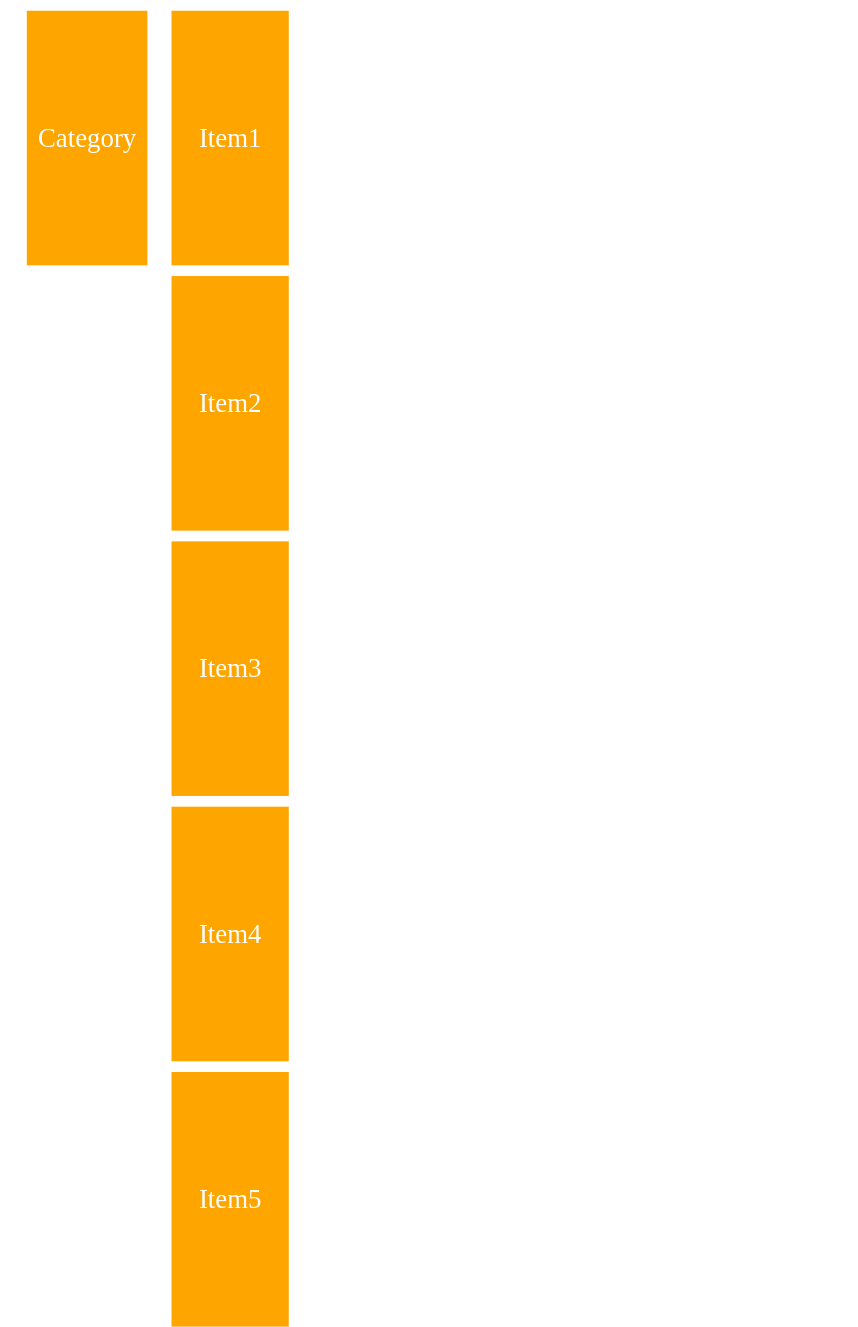
Repository: Huy48552/Grid-base
Page: layout2.html
These files come from the project's save history. The page is drawn as it stood at one moment and after the next save; the edit follows.
The browser window is 1280 px wide. The pictures show the whole page, at 67% of full size.

Above is the page before, as saved 2021-08-23 15:13:56.

After the next save:
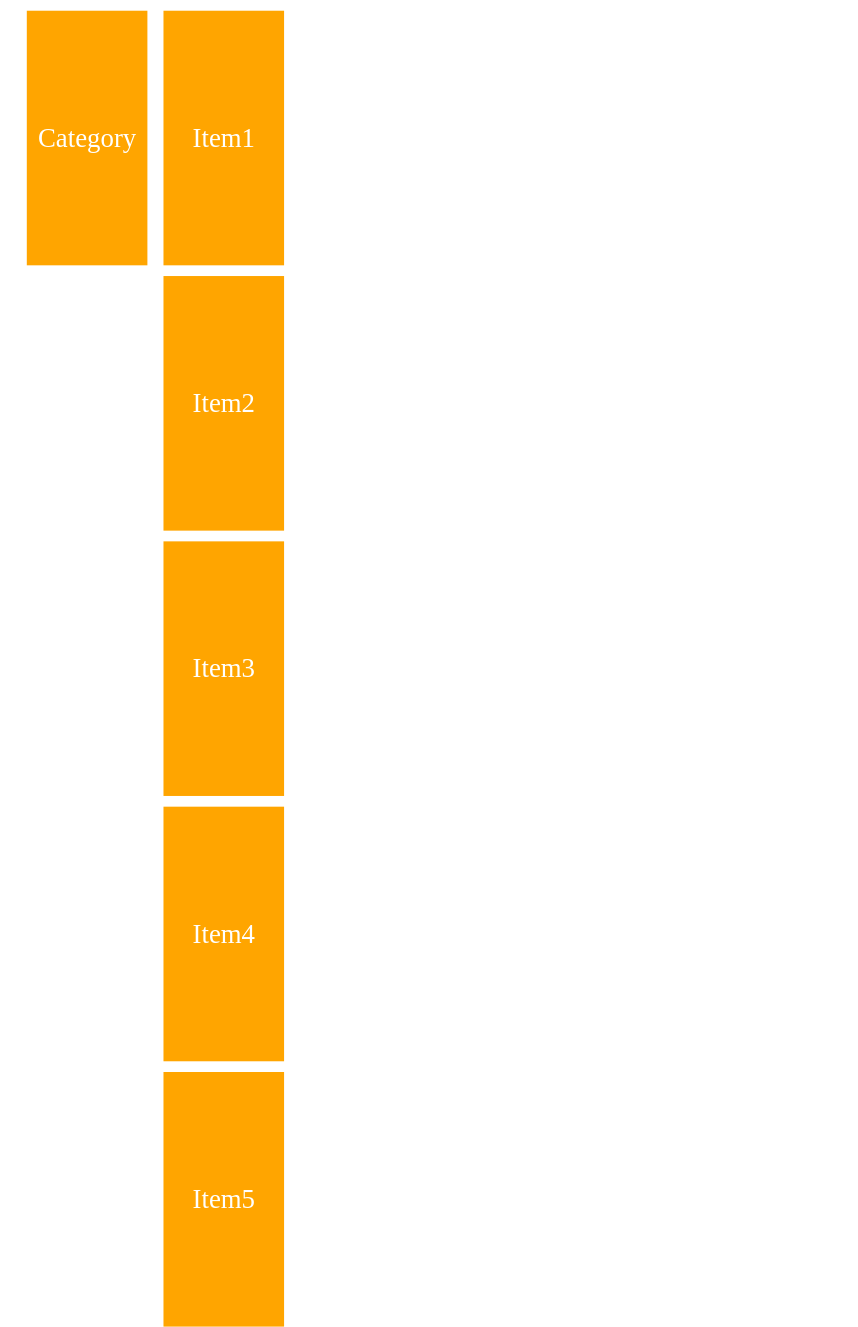
Saved 32 s later.
--- a/layout2.html
+++ b/layout2.html
@@ -17,12 +17,15 @@
 
             <div class="col l-10">
                 <div class="content">
-                    <div class="col l-2-4">
-                        <div class="item">Item1</div>
-                        <div class="item">Item2</div>
-                        <div class="item">Item3</div>
-                        <div class="item">Item4</div>
-                        <div class="item">Item5</div>
+                    <div class="row">
+
+                        <div class="col l-2-4">
+                            <div class="item">Item1</div>
+                            <div class="item">Item2</div>
+                            <div class="item">Item3</div>
+                            <div class="item">Item4</div>
+                            <div class="item">Item5</div>
+                        </div>
                     </div>
                 </div>
             </div>
